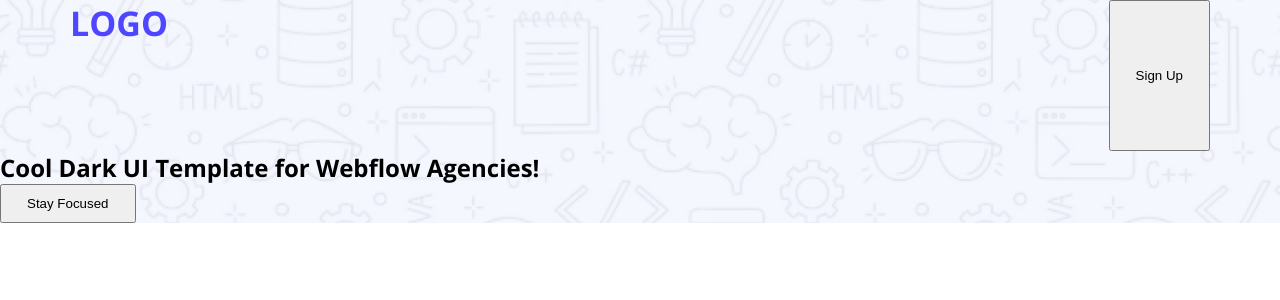
Repository: nahid-hasann/website-3
Page: index.html
These files come from the project's save history. The page is drawn as it stood at one moment and after the next save; the edit follows.
The browser window is 1280 px wide. The pictures show the whole page.

Above is the page before, as saved 2025-07-10 19:23:08.

### index.html
<!DOCTYPE html>
<html lang="en">
<head>
    <meta charset="UTF-8">
    <meta name="viewport" content="width=device-width, initial-scale=10">
    <title>MH NaHid</title>
    <link rel="preconnect" href="https://fonts.googleapis.com">
<link rel="preconnect" href="https://fonts.gstatic.com" crossorigin>
<link href="https://fonts.googleapis.com/css2?family=Open+Sans:ital,wght@0,300..800;1,300..800&family=Raleway:ital,wght@0,100..900;1,100..900&display=swap" rel="stylesheet">
<link rel="stylesheet" href="style.css">
</head>
<body class="open-sans-normal">


<header class="header-section">
      <section class="section-1">
       <h1 style="font-size: 34px; color: #4e47ff;">LOGO</h1>
       <button class="btn">Sign Up</button>
      </section>

      <section class="section-2">
        <h1>Cool Dark UI Template for Webflow Agencies!</h1>
        <button class="btn">Stay Focused</button>
      </section>


</header>





</body>
</html>

### style.css
*{
    margin: 0;
    padding: 0;
    box-sizing: border-box;
}


.open-sans-normal {
  font-family: "Open Sans", sans-serif;
  font-optical-sizing: auto;
  font-style: normal;
  font-variation-settings:
    "wdth" 100;
}

.header-section{
    background-image: url('Assets/Hero-bg.png');
    background-repeat: no-repeat;
    background-position: center;
    background-size: cover;
}

.section-1{
    display: flex;
    justify-content: space-between;
    /* padding: 40px 0; */
    width: 1140px;
    margin: auto;
    height: 151px;
}

.btn{
    display: block;
    padding: 10px 25px;
}

After the next save:
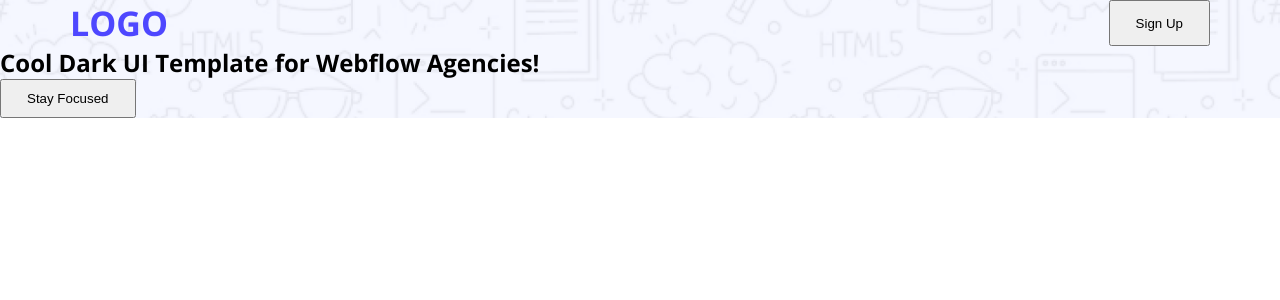
Saved 11 s later.
--- a/style.css
+++ b/style.css
@@ -26,7 +26,6 @@
     /* padding: 40px 0; */
     width: 1140px;
     margin: auto;
-    height: 151px;
 }
 
 .btn{
